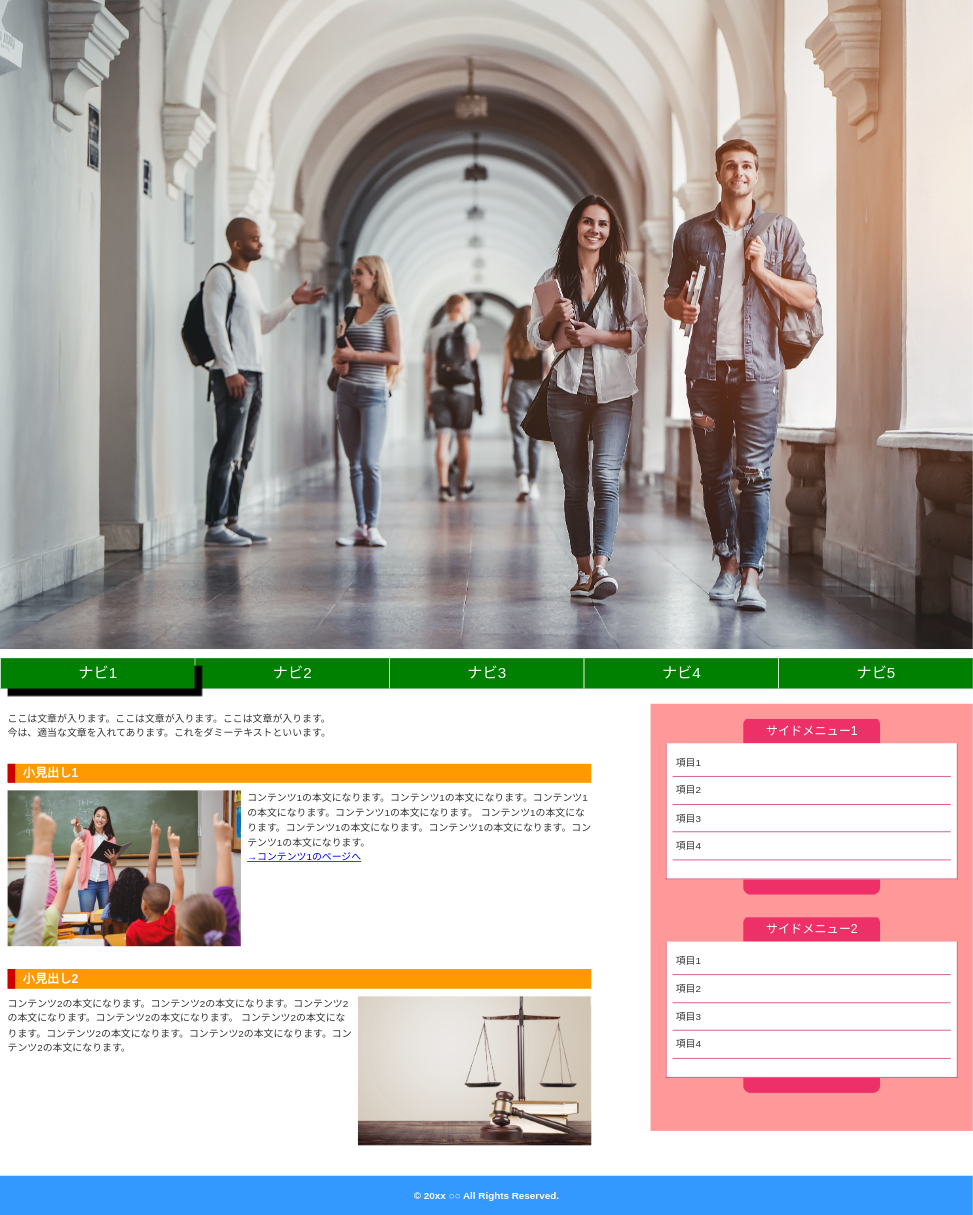
Repository: reys0812/samurai_HTML-CSS
Page: index.html
The author's editor kept a record of every edit. The page is drawn from the files as they stood at one moment, then again after the next edit.
The browser window is 1280 px wide. The pictures show the whole page, at 76% of full size.
The pointer rests on the first visible `#nav ul li a`.

Above is the page before.

After the next edit:
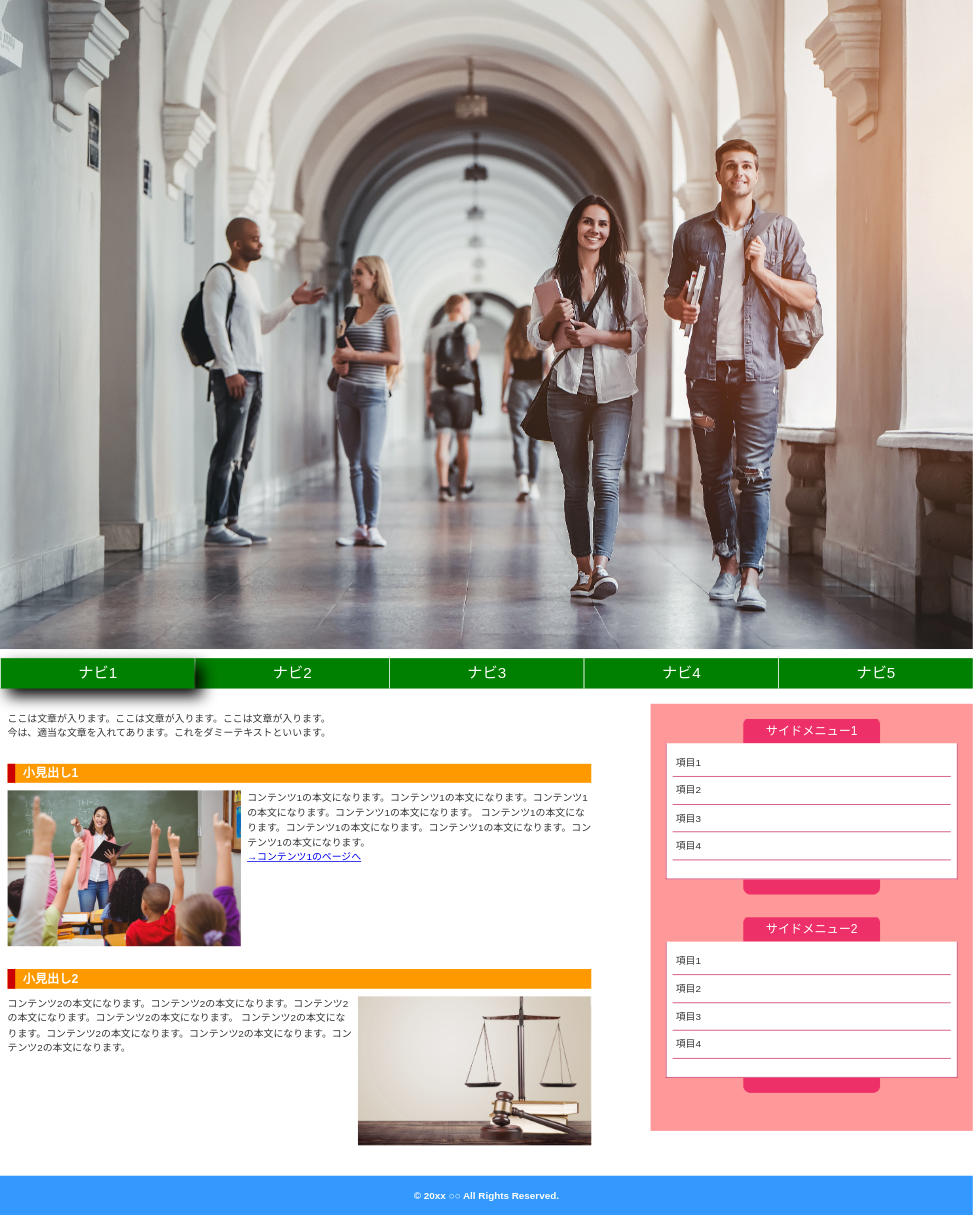
The edit:
--- a/stylesheet.css
+++ b/stylesheet.css
@@ -68,7 +68,7 @@
   border-left: 1px solid white;
 }
 #nav ul li a:hover {
-  filter: drop-shadow(10px 10px black);
+  filter: drop-shadow(10px 10px 10px black);
 }
 /* -------------------- container -------------------- */
 #container {
